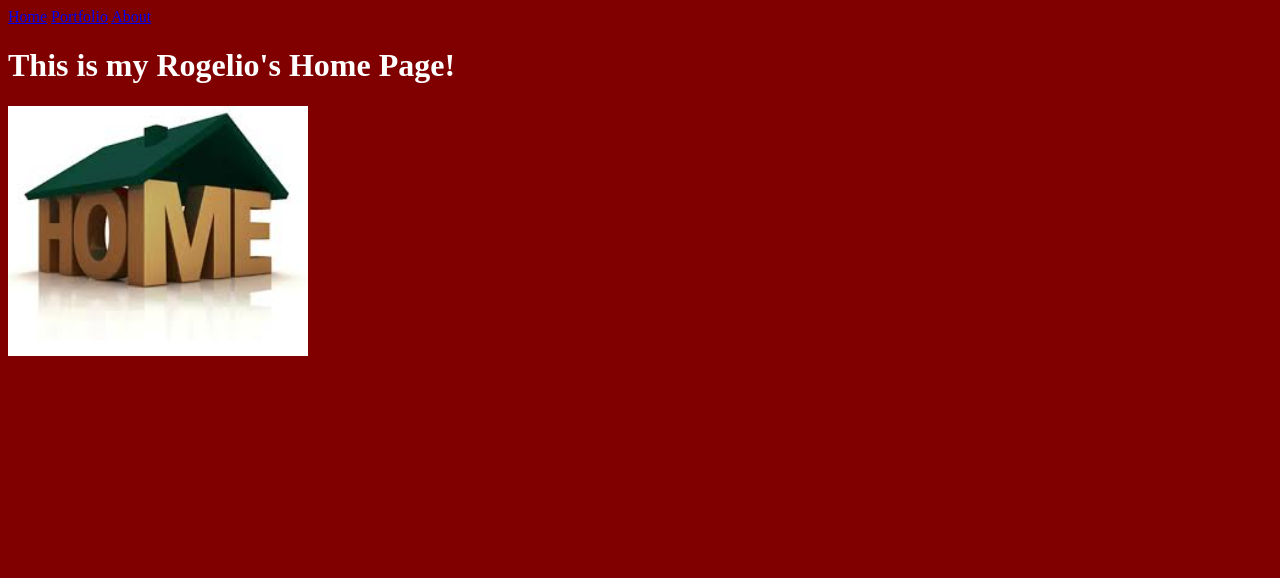
Repository: ralcocer1890/ralcocer1890.github.io
Page: my_website/index.html
The author's editor kept a record of every edit. The page is drawn from the files as they stood at one moment, then again after the next edit.
The browser window is 1280 px wide. The pictures show the whole page.

Above is the page before.

After the next edit:
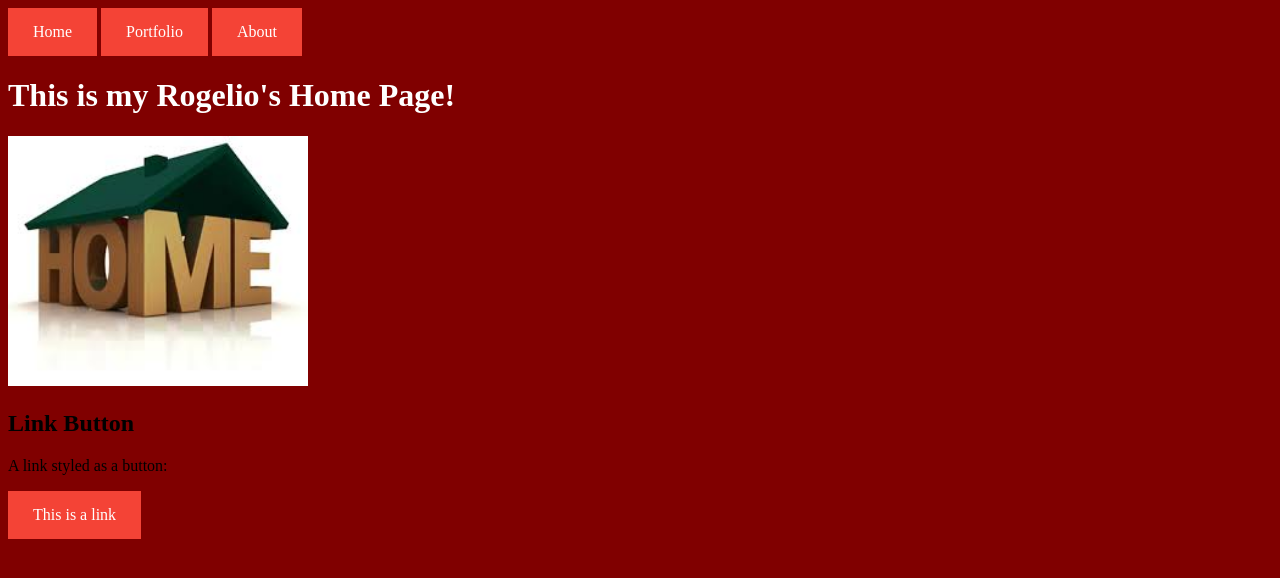
The edit:
--- a/my_website/index.html
+++ b/my_website/index.html
@@ -14,5 +14,27 @@
 h1 {color:white;}
 </style>
 <body style="background-color:Maroon;">
+
+  <style>
+a:link, a:visited {
+  background-color: #f44336;
+  color: white;
+  padding: 15px 25px;
+  text-align: center;
+  text-decoration: none;
+  display: inline-block;
+}
+
+a:hover, a:active {
+  background-color: red;
+}
+</style>
+</head>
+<body>
+
+<h2>Link Button</h2>
+<p>A link styled as a button:</p>
+<a href="default.asp" target="_blank">This is a link</a>
+
   </body>
 </html>
